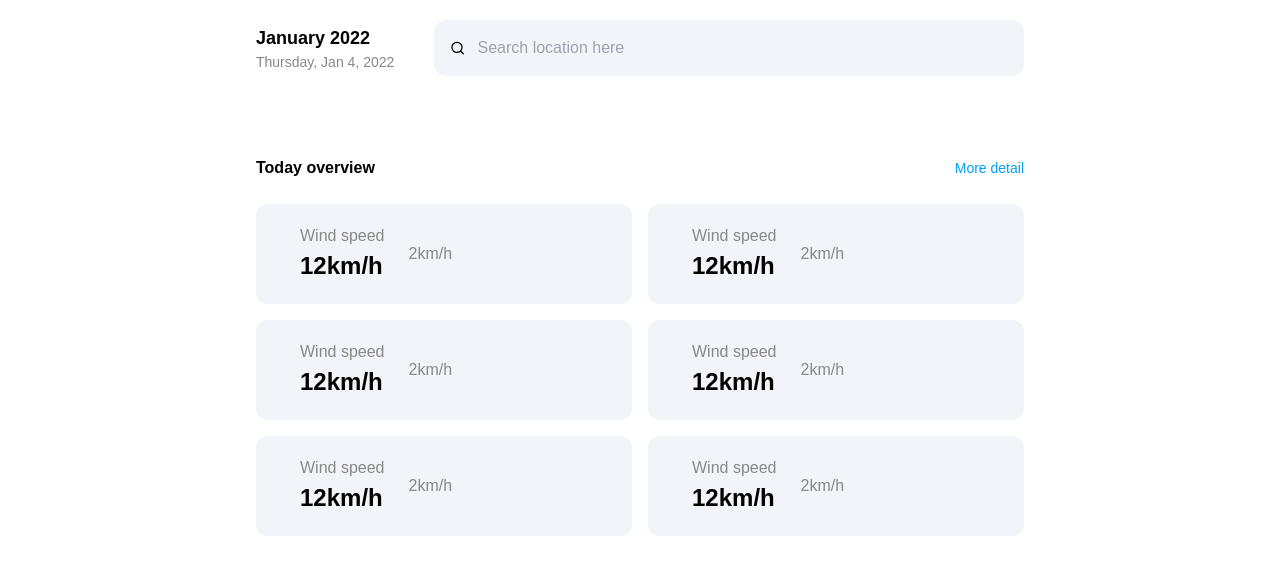
Repository: theweirdboiz/datawarehouse-ui
Page: /
An editor plug-in stored every save of this project. The page is shown before and after the next save, followed by the edit.
The browser window is 1280 px wide. The pictures show the whole page.
The project was rebuilt for these pictures with package versions that can differ from the ones it lists, and the page was loaded fresh each time. Also part of the build but not shown: vite.config.js.

Above is the page before, as saved 2022-11-23 16:32:19.

### index.html
<!DOCTYPE html>
<html lang="en">
  <head>
    <meta charset="UTF-8" />
    <link rel="icon" type="image/svg+xml" href="/vite.svg" />
    <meta name="viewport" content="width=device-width, initial-scale=1.0" />
    <title>Weather - Datawarehouse</title>
  </head>
  <body>
    <div id="root"></div>
    <script type="module" src="/src/main.jsx"></script>
  </body>
</html>

### src/App.jsx
import { useState } from "react";
import { FiSearch } from "react-icons/fi";

function App() {
  const date = "font-[900] text-lg";
  const detailDate = "text-sm text-[#888]";

  const contentTop = "mt-[20px] flex items-center gap-x-10 mb-20";
  const contentSearch =
    "content__search p-4 flex items-center gap-x-3 flex-1 rounded-xl bg-slate-100";

  return (
    <div className="container mx-auto">
      <div className="">
        <section className="content max-w-3xl mx-auto">
          <div className={contentTop}>
            <div className="flex-col">
              <h3 className={date}>January 2022</h3>
              <div className={detailDate}>Thursday, Jan 4, 2022</div>
            </div>
            <div className={contentSearch}>
              <FiSearch />
              <input
                className="w-full bg-transparent"
                type="text"
                placeholder="Search location here"
              />
            </div>
          </div>
          <div className="content__detail">
            <div className="flex items-center justify-between">
              <h4 className="font-semibold">Today overview</h4>
              <div className="">
                <button className="text-sm font-medium text-[#009EFF]">
                  More detail
                </button>
              </div>
            </div>
            <div>
              <div className="content__detail-box grid grid-cols-2 gap-4 mt-6">
                <div className="content__detail-item p-5 flex items-center gap-x-6 bg-slate-100 rounded-xl">
                  <i></i>
                  <div className="speed flex flex-col">
                    <h4 className="text-[#888]">Wind speed</h4>
                    <span className="text-[24px] font-semibold">12km/h</span>
                  </div>
                  <span className="text-[#888]">2km/h</span>
                </div>
                <div className="content__detail-item p-5 flex items-center gap-x-6 bg-slate-100 rounded-xl">
                  <i></i>
                  <div className="speed flex flex-col">
                    <h4 className="text-[#888]">Wind speed</h4>
                    <span className="text-[24px] font-semibold">12km/h</span>
                  </div>
                  <span className="text-[#888]">2km/h</span>
                </div>
                <div className="content__detail-item p-5 flex items-center gap-x-6 bg-slate-100 rounded-xl">
                  <i></i>
                  <div className="speed flex flex-col">
                    <h4 className="text-[#888]">Wind speed</h4>
                    <span className="text-[24px] font-semibold">12km/h</span>
                  </div>
                  <span className="text-[#888]">2km/h</span>
                </div>
                <div className="content__detail-item p-5 flex items-center gap-x-6 bg-slate-100 rounded-xl">
                  <i></i>
                  <div className="speed flex flex-col">
                    <h4 className="text-[#888]">Wind speed</h4>
                    <span className="text-[24px] font-semibold">12km/h</span>
                  </div>
                  <span className="text-[#888]">2km/h</span>
                </div>
                <div className="content__detail-item p-5 flex items-center gap-x-6 bg-slate-100 rounded-xl">
                  <i></i>
                  <div className="speed flex flex-col">
                    <h4 className="text-[#888]">Wind speed</h4>
                    <span className="text-[24px] font-semibold">12km/h</span>
                  </div>
                  <span className="text-[#888]">2km/h</span>
                </div>
                <div className="content__detail-item p-5 flex items-center gap-x-6 bg-slate-100 rounded-xl">
                  <i></i>
                  <div className="speed flex flex-col">
                    <h4 className="text-[#888]">Wind speed</h4>
                    <span className="text-[24px] font-semibold">12km/h</span>
                  </div>
                  <span className="text-[#888]">2km/h</span>
                </div>
              </div>
            </div>
          </div>
        </section>
      </div>
    </div>
  );
}

export default App;

### src/index.scss
@tailwind base;
@tailwind components;
@tailwind utilities;

@layer base {
  @import url("https://fonts.googleapis.com/css2?family=Poppins:wght@300;500;600;900&display=swap");

  *,
  *::before,
  *::after {
    box-sizing: border-box;
  }
  * {
    margin: 0;
    padding: 0;
  }
  body {
    line-height: 1.5;
    font-family: "Poppins", sans-serif;
  }
  img,
  picture,
  video,
  canvas,
  svg {
    display: block;
    max-width: 100%;
  }
  input,
  button,
  textarea,
  select {
    outline: none;
  }
  p,
  h1,
  h2,
  h3,
  h4,
  h5,
  h6 {
    overflow-wrap: break-word;
  }
}

Loaded but not shown: src/main.jsx (common file); tailwind.config.cjs (common file)

After the next save:
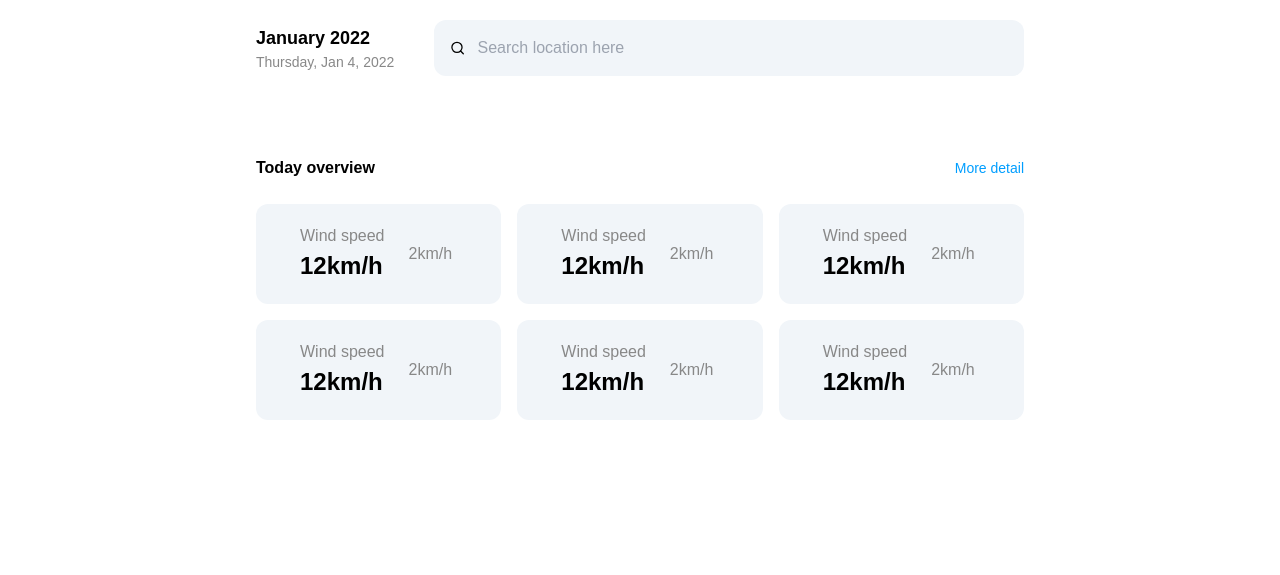
Saved 15 s later.
--- a/src/App.jsx
+++ b/src/App.jsx
@@ -37,7 +37,7 @@ function App() {
               </div>
             </div>
             <div>
-              <div className="content__detail-box grid grid-cols-2 gap-4 mt-6">
+              <div className="content__detail-box grid grid-cols-3 gap-4 mt-6">
                 <div className="content__detail-item p-5 flex items-center gap-x-6 bg-slate-100 rounded-xl">
                   <i></i>
                   <div className="speed flex flex-col">
